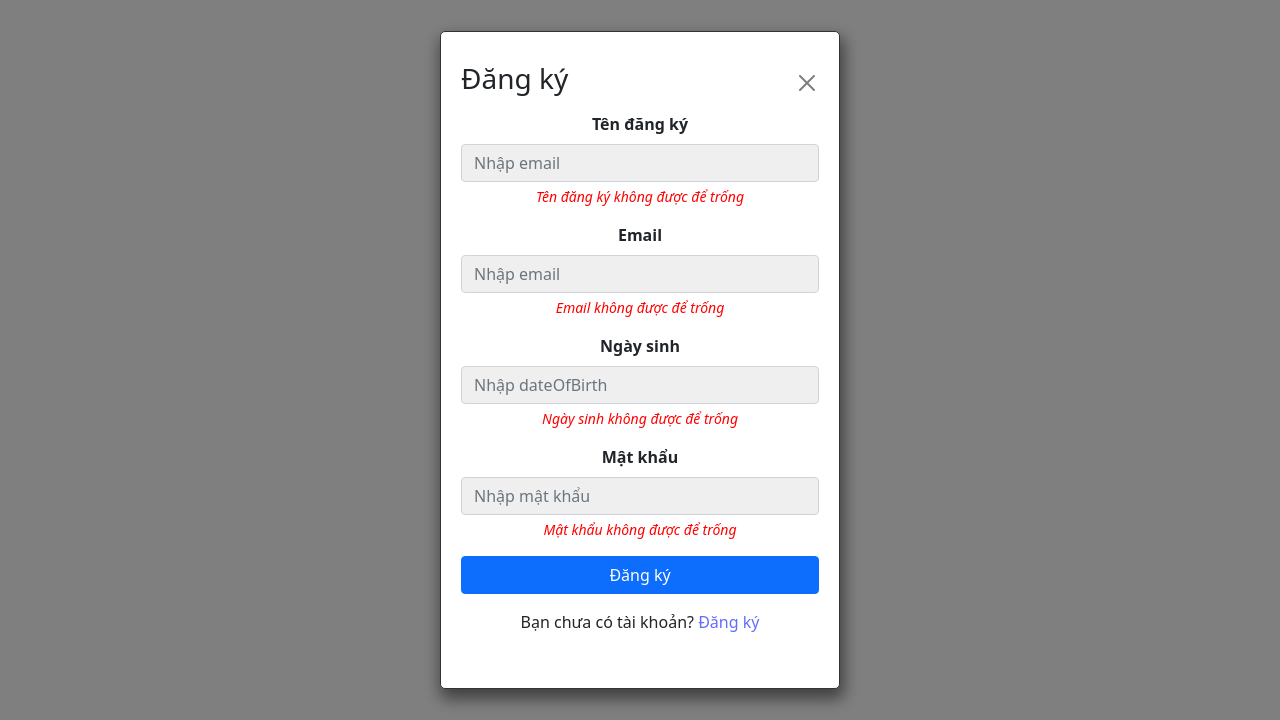
Repository: TinhTT336/MD02_Session12
Page: / (app in client/)
An editor plug-in stored every save of this project. The page is shown before and after the next save, followed by the edit.
The browser window is 1280 px wide. The pictures show the whole page.
The project was rebuilt for these pictures with package versions that can differ from the ones it lists, and the page was loaded fresh each time. Also part of the build but not shown: client/vite.config.js, client/src/utils/formatData.js, client/src/components/admin/manager-product/FormAdd.jsx, client/src/components/admin/manager-product/FormEdit.jsx, client/src/pages/product/ListProduct.jsx, client/src/components/admin/manager-user/FormAddUser.jsx, client/src/components/admin/manager-user/FormEditUser.jsx, client/src/components/base/loading.css and 4 more.

Above is the page before, as saved 2023-09-12 15:24:33.

After the next save:
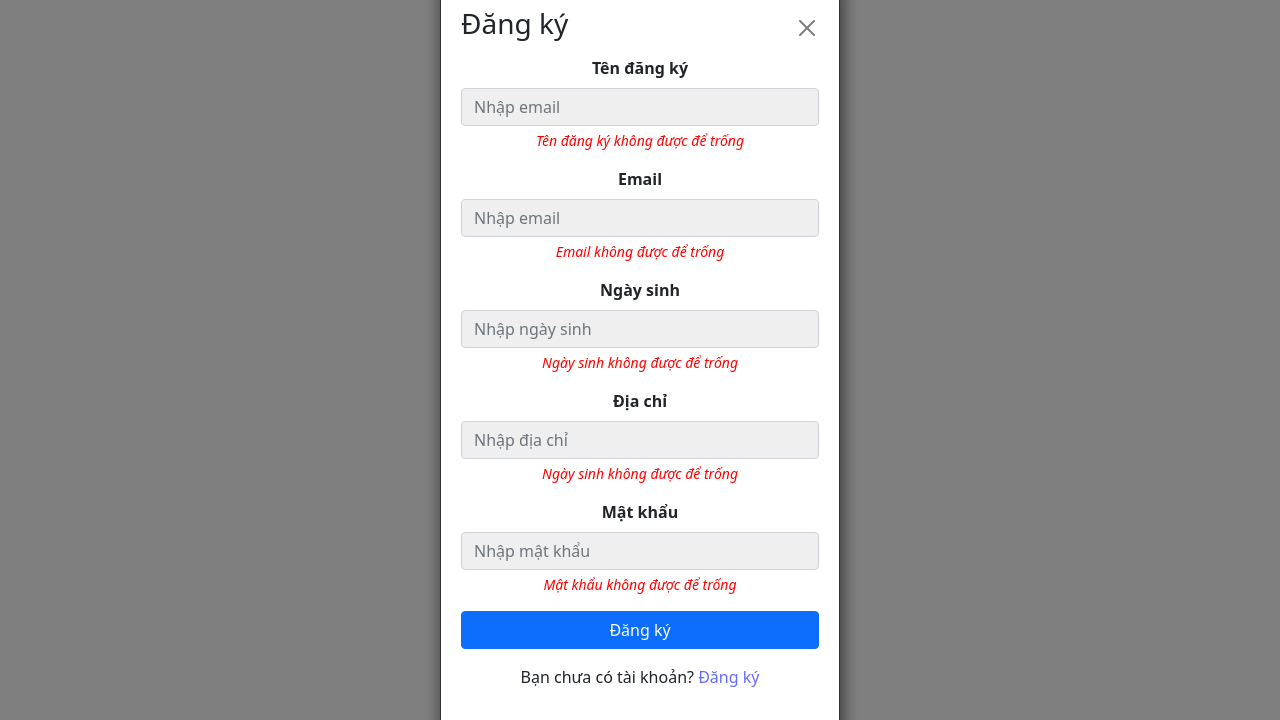
Saved 75 s later.
--- a/client/src/pages/user/register/Register.jsx
+++ b/client/src/pages/user/register/Register.jsx
@@ -21,7 +21,12 @@ export default function Register() {
                     </div>
                     <div className='form-group mb-3'>
                         <label className='form-label' htmlFor="dateOfBirth">Ngày sinh</label>
-                        <input className='form-control' type="text" name="dateOfBirth" id="dateOfBirth" placeholder='Nhập dateOfBirth' />
+                        <input className='form-control' type="text" name="dateOfBirth" id="dateOfBirth" placeholder='Nhập ngày sinh' />
+                        <div className='text-err mt-1 border-err'>Ngày sinh không được để trống</div>
+                    </div>
+                    <div className='form-group mb-3'>
+                        <label className='form-label' htmlFor="dateOfBirth">Địa chỉ</label>
+                        <input className='form-control' type="text" name="dateOfBirth" id="dateOfBirth" placeholder='Nhập địa chỉ' />
                         <div className='text-err mt-1 border-err'>Ngày sinh không được để trống</div>
                     </div>
                     <div className='form-group mb-3'>
